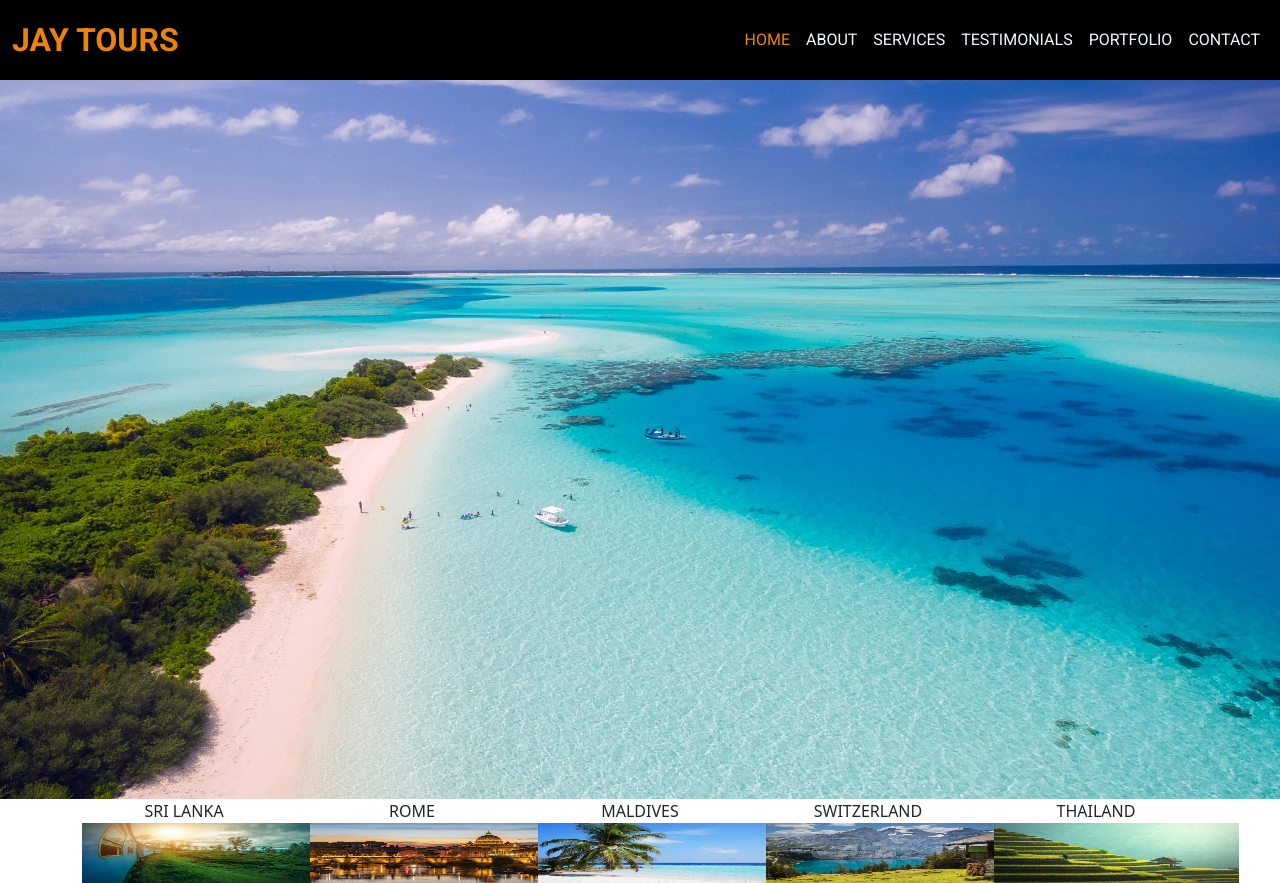
Repository: kasundiudn/Jay-Travel
Page: index.html
An editor plug-in stored every save of this project. The page is shown before and after the next save, followed by the edit.
The browser window is 1280 px wide. The pictures show the whole page.

Above is the page before, as saved 2025-06-26 10:22:58.

After the next save:
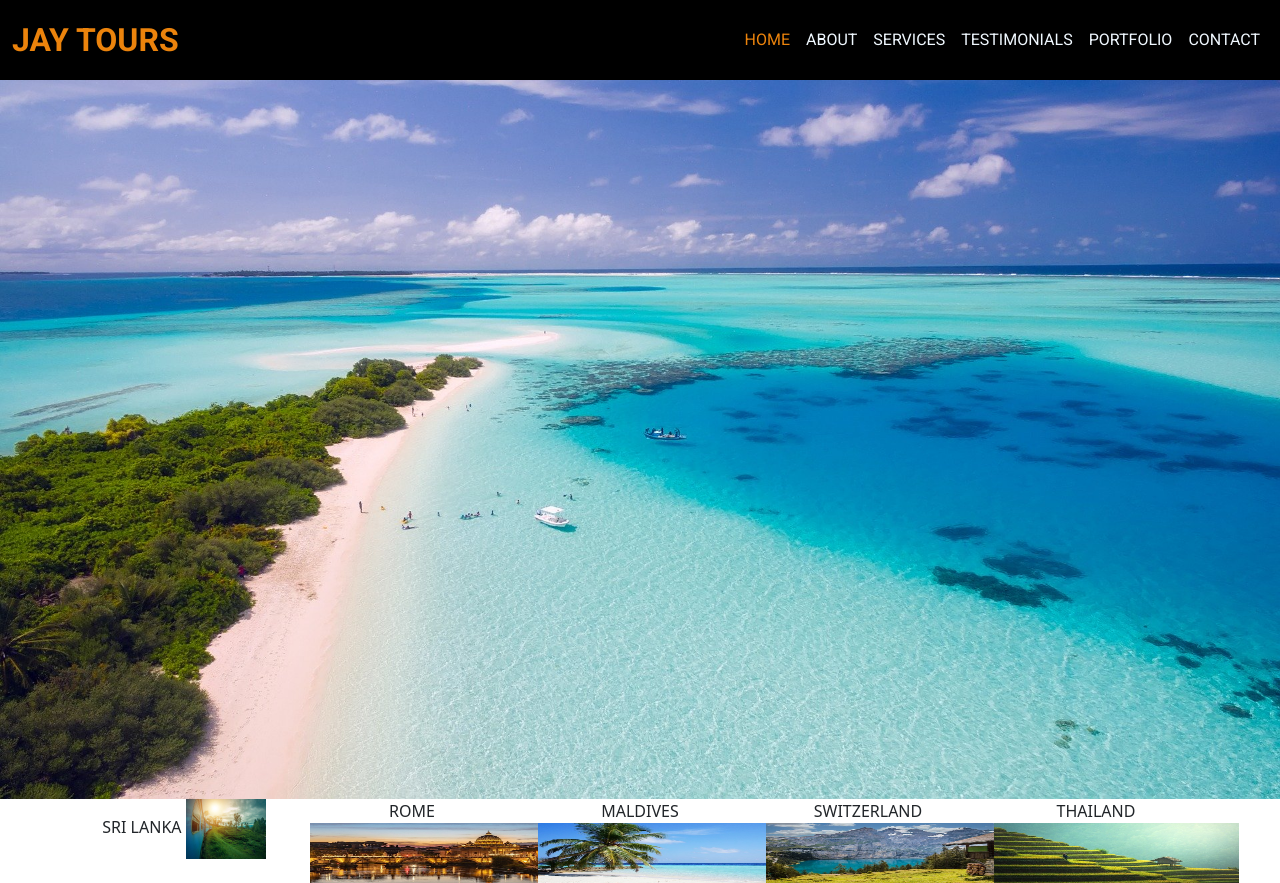
Saved 43 s later.
--- a/index.html
+++ b/index.html
@@ -55,7 +55,7 @@
   <div class="row">
     <div class="col">
       SRI LANKA
-      <img src="Sri Lanka.jpg" alt="SRI LANKA" style="width: 120%; height: 60px;">
+      <img src="Sri Lanka.jpg" alt="SRI LANKA" style="width: ; height: 60px;">
     </div>
     <div class="col">
       ROME
